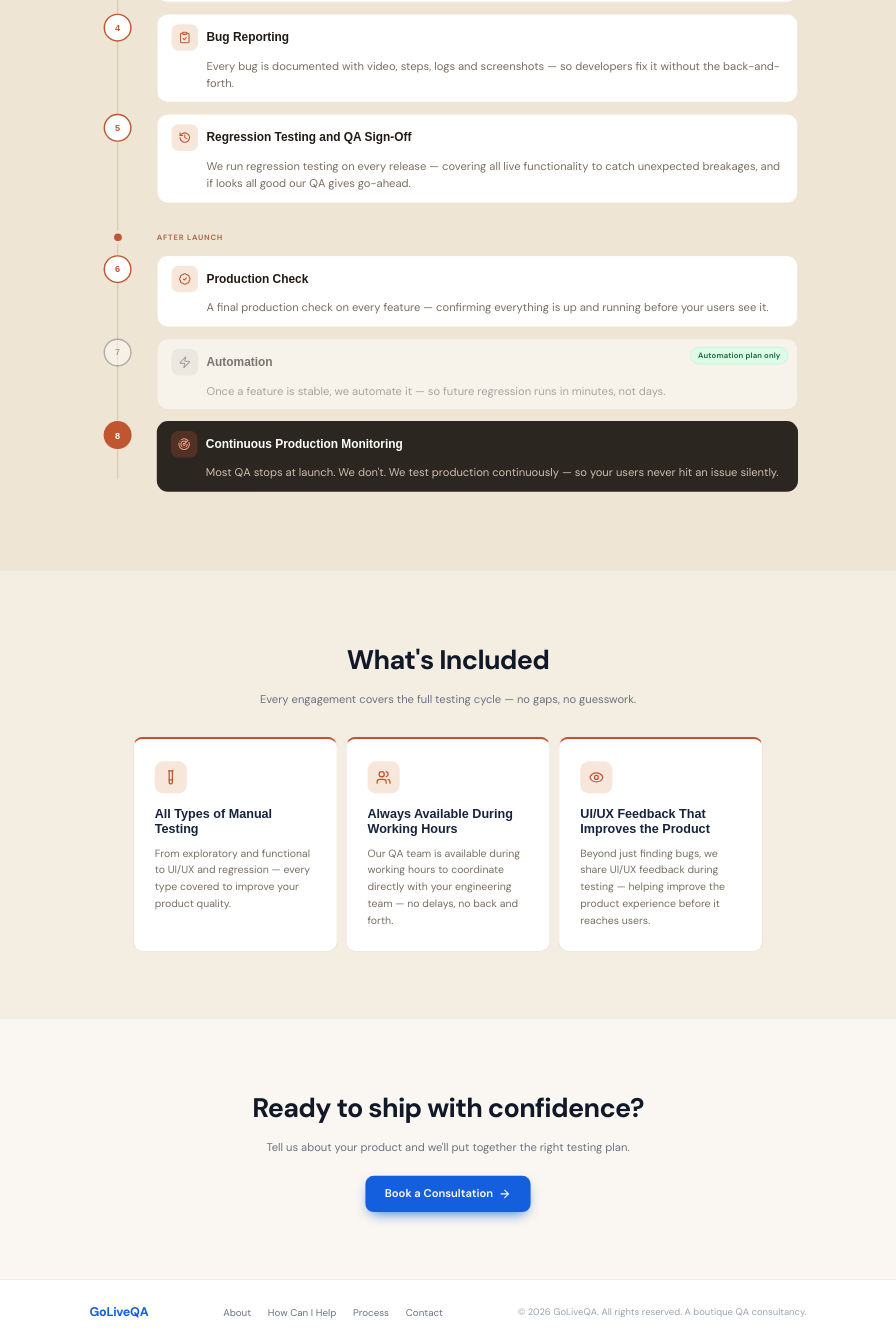
Repository: Monika281992/GoLiveQA
Page: /manual-testing
The author's editor kept a copy of each file at every save. The page is drawn from the files as they stood at one save, then again after the next save.
The browser window is 1280 px wide. The pictures show the part of the page from y = 842 to 2762 px (the page is 2762 px tall before and 2738 px after), at 70% of full size.
The project was rebuilt for these pictures with package versions that can differ from the ones it lists, and the page was loaded fresh each time. The framework's server and built-in components were replaced by stand-ins that run in the browser. Also part of the build but not shown: next.config.mjs.

Above is the page before, as saved 2026-06-28 13:16:51.

After the next save:
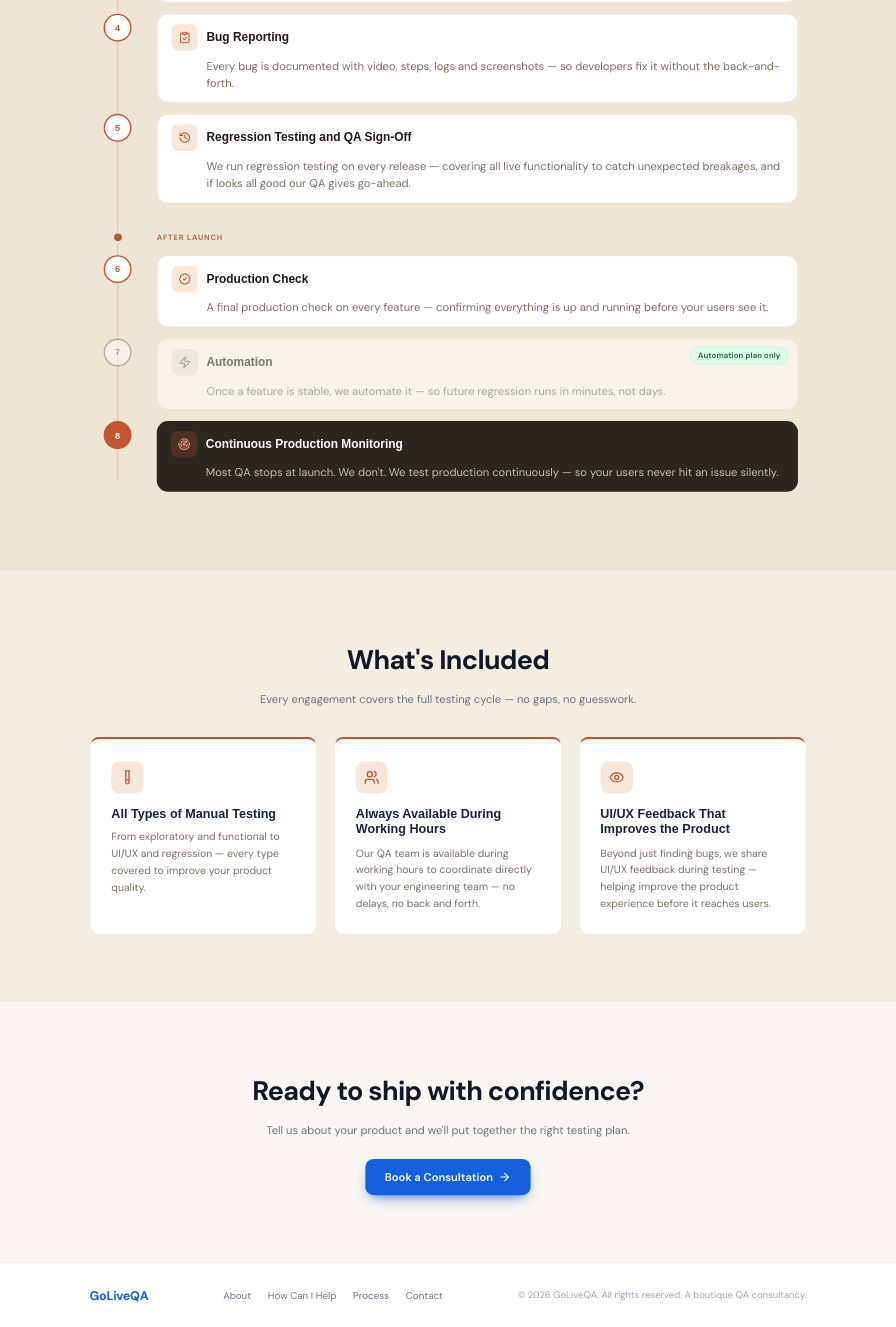
Saved 32 s later.
--- a/app/manual-testing/page.tsx
+++ b/app/manual-testing/page.tsx
@@ -47,7 +47,7 @@ export default function ManualTestingPage() {
                 Every engagement covers the full testing cycle — no gaps, no guesswork.
               </p>
             </div>
-            <div className="mx-auto mt-10 grid max-w-[900px] grid-cols-1 gap-3 sm:grid-cols-3">
+            <div className="mt-10 grid grid-cols-1 gap-6 sm:grid-cols-3">
               {highlights.map(({ Icon, title, text }) => (
                 <div
                   key={title}
